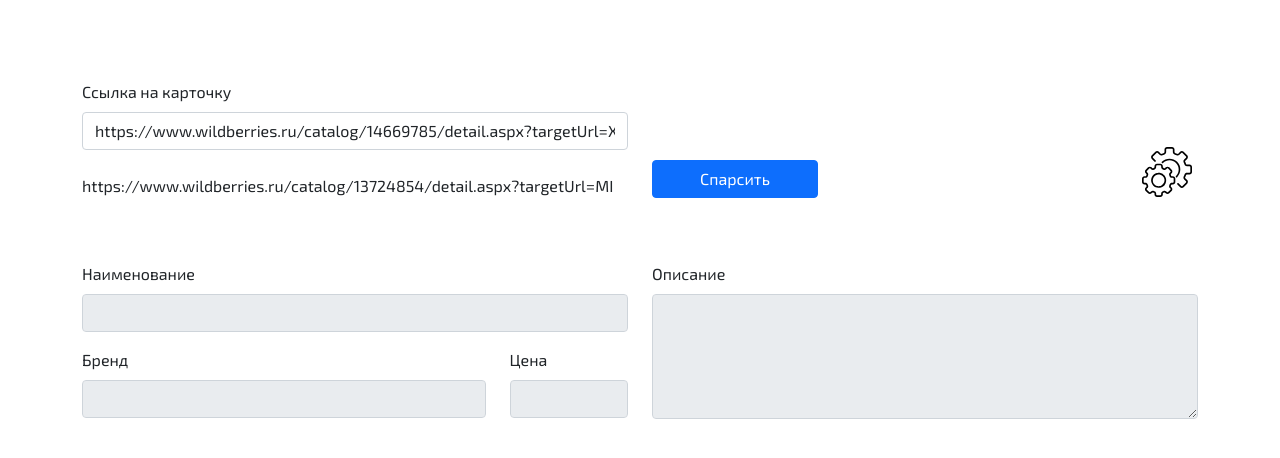
Repository: yozuul/wildberries-product-card-parser-api-exchange
Page: public/panel.html
An editor plug-in stored every save of this project. The page is shown before and after the next save, followed by the edit.
The browser window is 1280 px wide. The pictures show the whole page.

Above is the page before, as saved 2021-08-22 19:25:14.

After the next save:
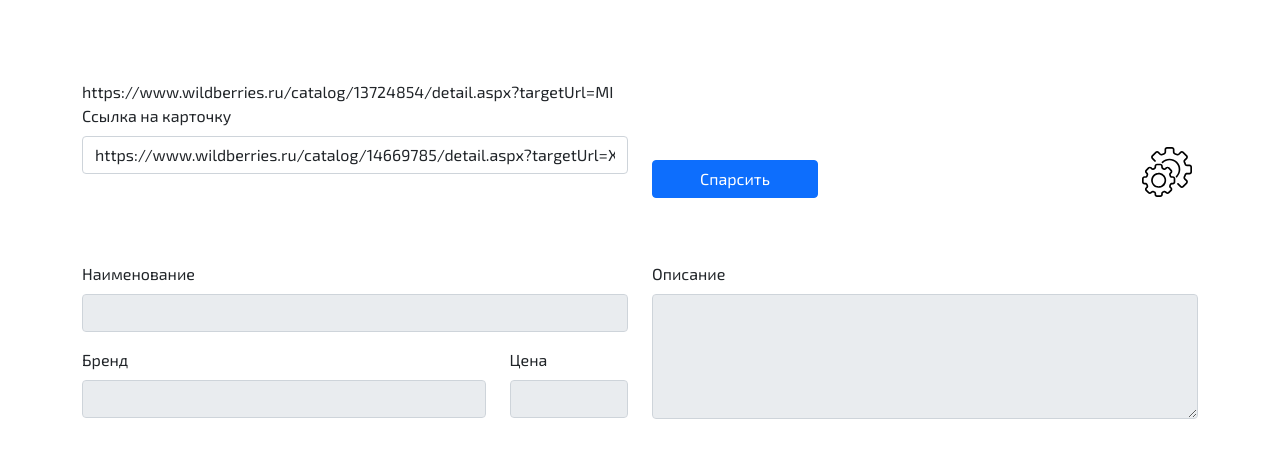
Saved 12 s later.
--- a/public/panel.html
+++ b/public/panel.html
@@ -44,10 +44,10 @@
    <div class="container">
       <div class="row align-items-end">
          <div class="mb-3 col-6">
+            https://www.wildberries.ru/catalog/13724854/detail.aspx?targetUrl=MI
             <label for="cardProductURL" class="form-label">Ссылка на карточку</label>
             <input type="text" class="form-control" id="cardProductURL"
                value="https://www.wildberries.ru/catalog/14669785/detail.aspx?targetUrl=XS"><br>
-               https://www.wildberries.ru/catalog/13724854/detail.aspx?targetUrl=MI
          </div>
          <div class="col-2 mb-3">
             <button id="parseCard" class="btn btn-primary col-12">
